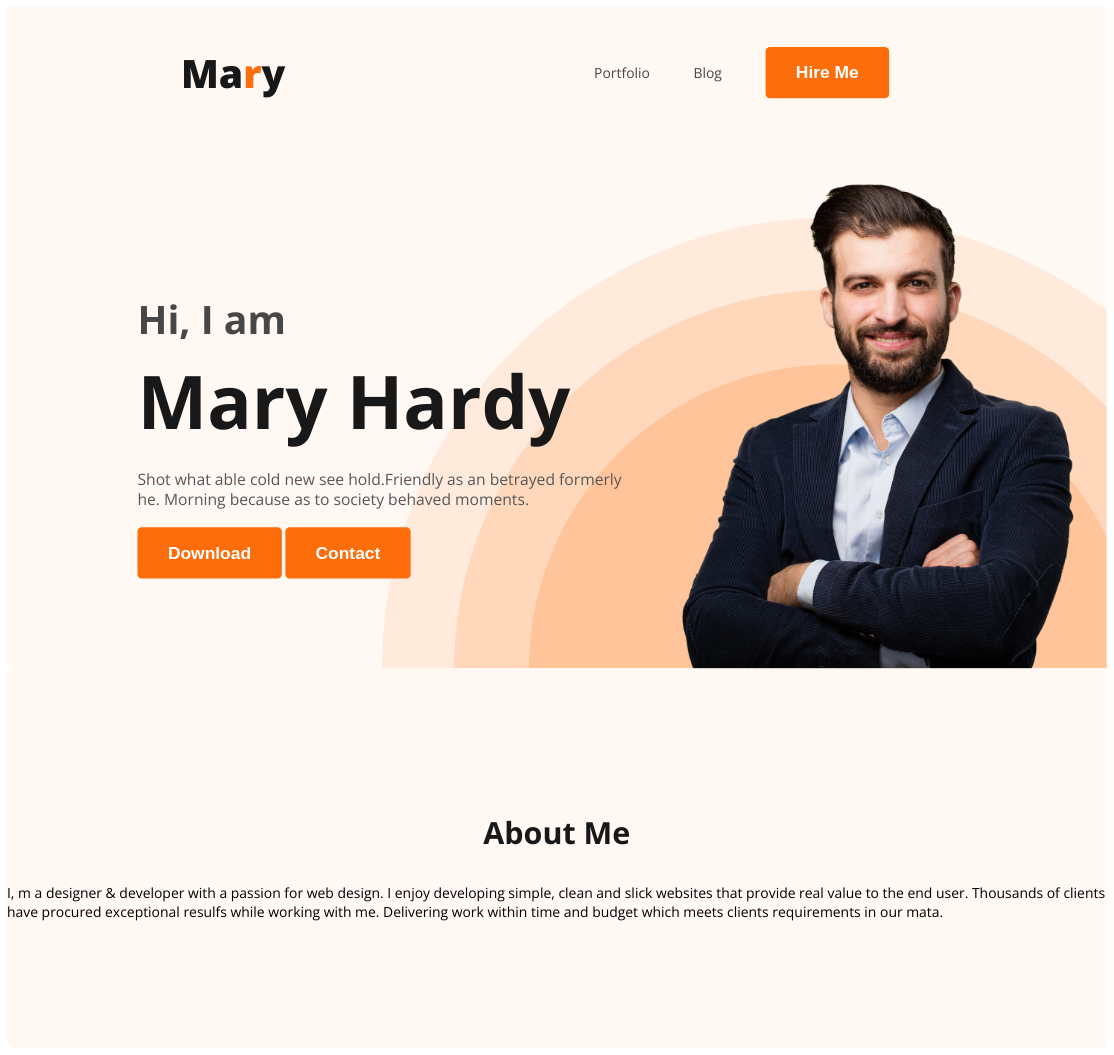
Repository: ShouravAhammed/Simple-Portfolio-Webpage
Page: index.html
These files come from the project's save history. The page is drawn as it stood at one moment and after the next save; the edit follows.
The browser window is 1280 px wide. The pictures show the whole page, at 87% of full size.

Above is the page before, as saved 2024-01-06 01:15:23.

### index.html
<!DOCTYPE html>
<html lang="en">
<head>
    <meta charset="UTF-8">
    <meta name="viewport" content="width=device-width, initial-scale=1.0">
    <title>Mary</title>
    <link rel="stylesheet" href="index.css">
</head>
<body>
    <header class="header">
        <nav>
            <h3 class="nav-title">Ma<span class="text-primary">r</span>y</h3>
            <ul class="navber">
                <li><a href="">Portfolio</a></li>
                <li><a href="">Blog</a></li>
                <li><button class="btn-primary">Hire Me</button></li>
            </ul>
        </nav>
        <div class="banner">
            <div class="banner-content">
                <h3 class="banner-greeting">Hi, I  am</h3>
                <h1 class="banner-title">Mary Hardy</h1>
                <p class="banner-description">Shot what able cold new see hold.Friendly as an betrayed formerly he. Morning because as to society behaved moments.</p>
                <button class="btn-primary">Download</button>
                <button class="btn-primary">Contact</button>
            </div>
            <img class="profile-pic" src="images/hardy.png" alt="profile-pic">
        </div>
    </header>
    <main>
        <section class="about">
            <h3 class="section-title">About Me</h3>
            <p class="section-description">I, m a designer & developer with a passion for web design. I enjoy developing simple, clean and slick websites that provide real value to the end user. Thousands of clients have procured exceptional resulfs while working with me. Delivering work within time and budget which meets clients requirements in our mata.</p>
        </section>
    </main>
    <footer>

    </footer>
</body>
</html>

### index.css
@import url('https://fonts.googleapis.com/css2?family=Lato:ital,wght@0,100;0,300;0,400;0,700;0,900;1,100;1,300;1,400;1,700;1,900&display=swap');
@import url('https://fonts.googleapis.com/css2?family=Open+Sans:ital,wght@0,300;0,400;0,500;0,600;0,700;0,800;1,300;1,400;1,500;1,600;1,700;1,800&display=swap');
/* google fonts import */
/* *{
    margin: 0;
    padding: 0;
    outline: 0;
} */
ul, ol{
    list-style: none;
}
body{
    font-family: 'Open Sans', sans-serif;
}
.text-primary{
    color: #FD6E0A;
}
.btn-primary{
    border-radius: 5px;
    color: #fff;
    background: #FD6E0A;
    font-size: 20px;
    font-weight: 700;
    padding: 18px 35px;
    border: 0;
}

/* nav related style */
nav{
    display: flex;
    justify-content: space-between;
    align-items: center;
    margin: 0 200px;
}
.nav-title{
    color: #181818;
    font-size: 45px;
    font-weight: 800;
}
nav > ul{
    display: flex;
    align-items: center;
}
nav li{
    margin-right: 50px;
}
nav a{
    text-decoration: none;
    color: #474747;
}
/* header related style */
.header{
    background: #FFF8F3;
    background-image: url(images/header_bg.png);
    background-position: bottom right;
    background-repeat: no-repeat;
}
.banner{
    display: flex;
    justify-content: space-between;
    padding: 30px 30px 0px 150px;
    align-items: center;
}
.banner-content{
    max-width: 580px;
}
.banner .profile-pic{
    width: 500px;
}
.banner-greeting{
    color: #474747;
    font-size: 45px;
    margin-bottom: 0;
}
.banner-title{
    color: #181818;
    font-size: 85px;
    font-weight: 700;
    margin-top: 5px;
    margin-bottom: 20px;
}
.banner-description{
    color: #575757;
    font-size: 18px;
    font-weight: 400;
    margin-bottom: 20px;
}
/* main part style */

/* about part style */
.about{
    border-radius: 10px;
    background: #FFF8F3;
    padding: 130px 0px;
}
.section-title{
    color: #181818;
    text-align: center;
    font-size: 35px;
    font-weight: 700;
}

After the next save:
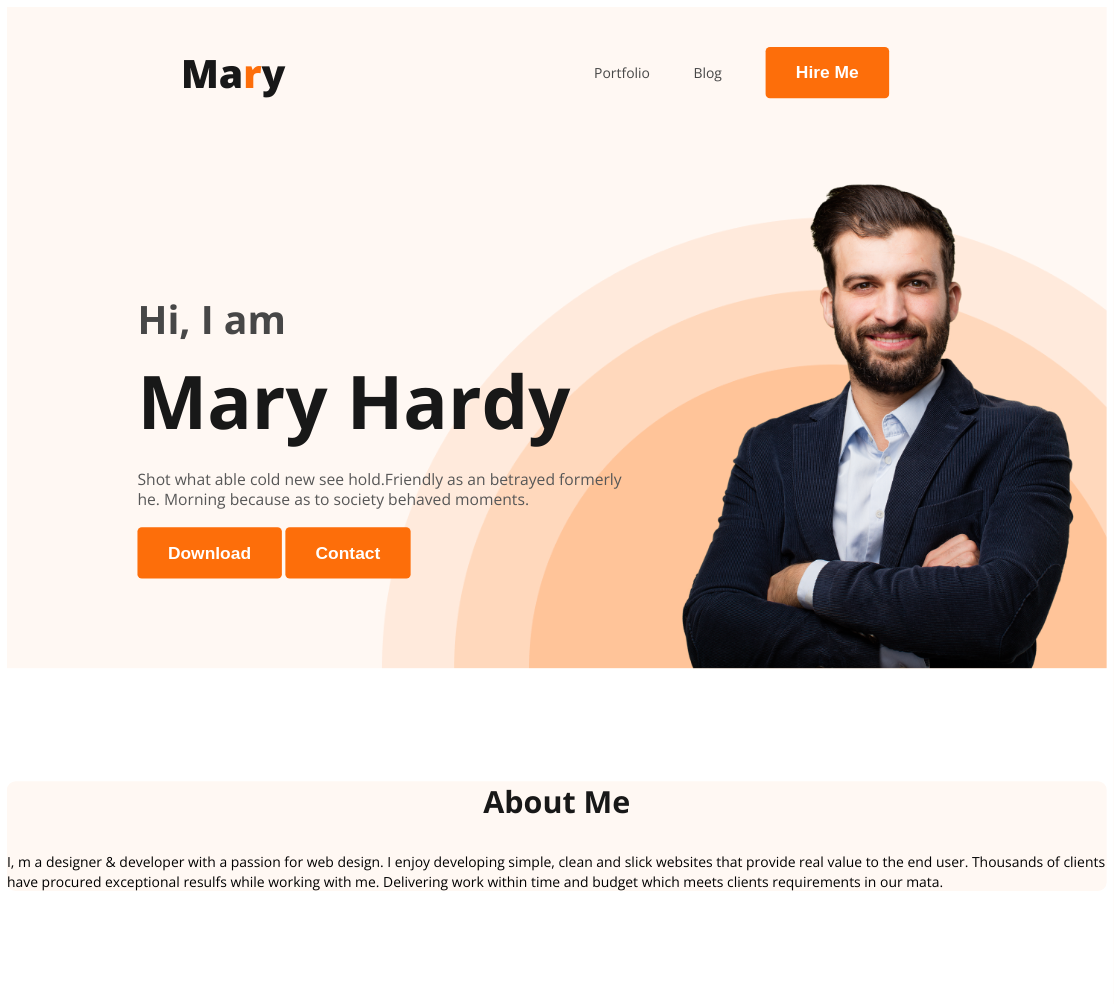
Saved 15 s later.
--- a/index.css
+++ b/index.css
@@ -91,7 +91,7 @@ nav a{
 .about{
     border-radius: 10px;
     background: #FFF8F3;
-    padding: 130px 0px;
+    margin: 130px 0px;
 }
 .section-title{
     color: #181818;
